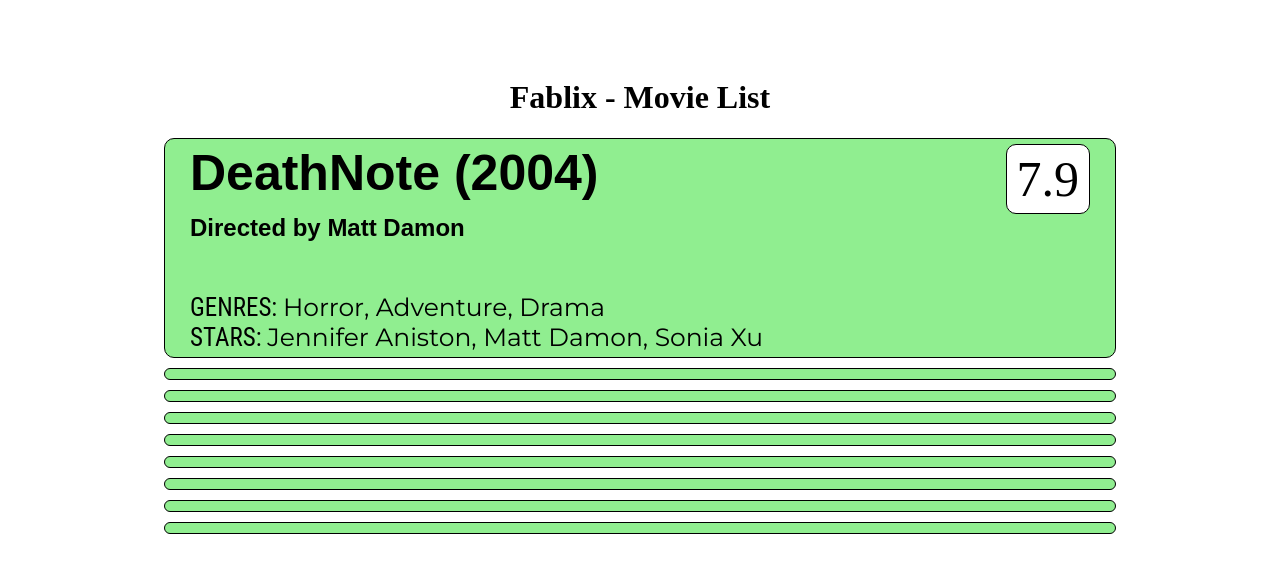
Repository: csumphan/fablix
Page: http://localhost/Project1/
These files come from the project's save history. The page is drawn as it stood at one moment and after the next save; the edit follows.
The browser window is 1280 px wide. The pictures show the whole page.
Some web fonts or font styles are not loaded; a fallback is used. The page is served by Tomcat 9. Nobody is signed in. The application's start-up code is not run. Other server files are loaded and not shown.

Above is the page before, as saved 2018-01-23 00:29:15.

### Project1/WebContent/index.html
<!DOCTYPE html>
<html>
<head>
<meta charset="UTF-8">
<title>Insert title here</title>
<link href="https://fonts.googleapis.com/css?family=Libre+Franklin|Montserrat|Play|Roboto+Condensed" rel="stylesheet">
<link type="text/css" href="styles.css" rel="stylesheet"/>
</head>
<body>
	<h1>Fablix - Movie List</h1>
	<div id="movie-list-container">
		<div class="movie-item">
			<div class="header-container">
				<h1>DeathNote <span>(2004)</span></h1>
				<div class="rating">7.9</div>
			</div>
			<div class="sub-header-container">
				<h2>Directed by Matt Damon</h2>
			</div>
			<div class="info-container">
				<div class="genres-container">
					GENRES:
					<span class="genres-list">Horror, Adventure, Drama</span>
				</div>
				<div class="stars-container">
					STARS: <span class="stars-list">Jennifer Aniston, Matt Damon, Sonia Xu</span>
				</div>
			</div>
		</div>
		<div class="movie-item"></div>
		<div class="movie-item"></div>
		<div class="movie-item"></div>
		<div class="movie-item"></div>
		<div class="movie-item"></div>
		<div class="movie-item"></div>
		<div class="movie-item"></div>
		<div class="movie-item"></div>
	</div>
</body>
</html>

### Project1/WebContent/styles.css
body {
	padding: 50px;
	display: flex;
	justify-content: center;
	align-items: center;
	flex-direction: column;
	background-color: white;
}
#movie-list-container {
	width: 1000px;
	display: flex;
	justify-content: center;
	align-items: center;
	flex-direction: column;
}

.movie-item {
	width: 900px;
	border-radius: 10px;
	border: 1px solid black;
	background-color: lightgreen;
	margin-bottom: 10px;
	padding: 5px 25px;
}

.header-container {
	display: flex;
	justify-content: space-between;
}

.header-container > h1 {
	font-family: 'Play', sans-serif;
	margin: 0px;
	font-size: 50px;
}

.sub-header-container > h2 {
	font-family: 'Libre Franklin', sans-serif;
	margin: 0px;
}

.info-container {
	font-family: 'Roboto Condensed', sans-serif;
	font-size: 25px;
	margin-top: 50px;
	display: flex;
	flex-direction: column;
}

.rating {
	font-size: 50px;
	border: 1px solid black;
	padding: 5px 10px;
	border-radius: 10px;
	background-color: white;
}

.genres-container {
	width: 100%;
}

.genres-list {
	font-family: 'Montserrat', sans-serif;
}


.stars-container {
	width: 100%;
}

.stars-list {
	font-family: 'Montserrat', sans-serif;
}

After the next save:
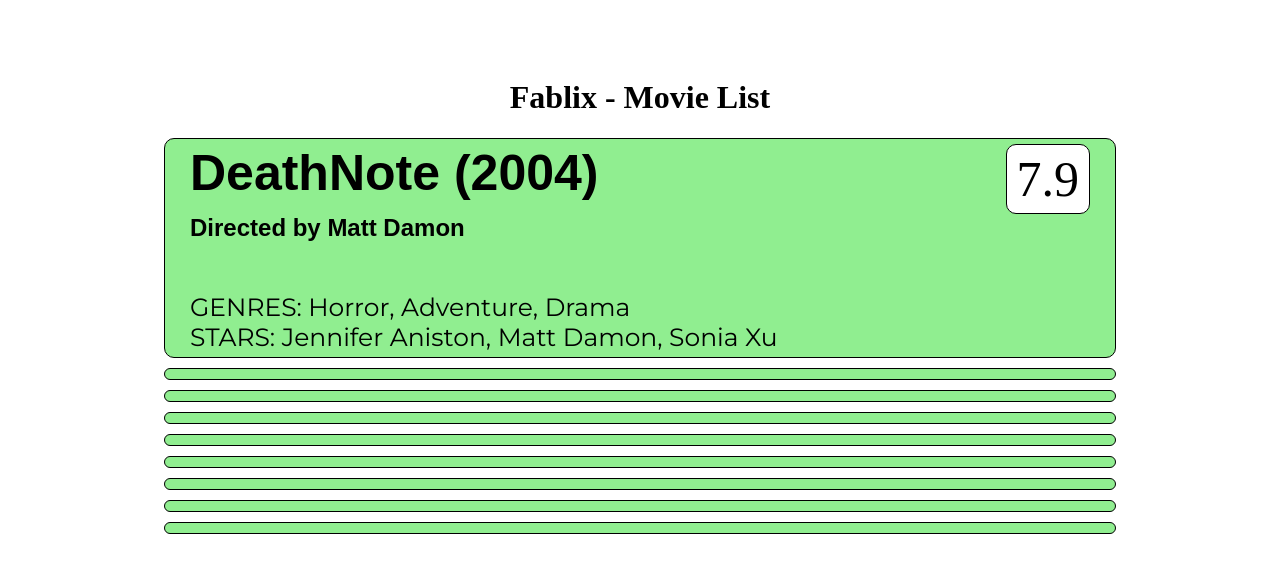
Saved 12 s later.
--- a/Project1/WebContent/styles.css
+++ b/Project1/WebContent/styles.css
@@ -40,7 +40,7 @@
 }
 
 .info-container {
-	font-family: 'Roboto Condensed', sans-serif;
+	font-family: 'Montserrat', sans-serif;
 	font-size: 25px;
 	margin-top: 50px;
 	display: flex;
